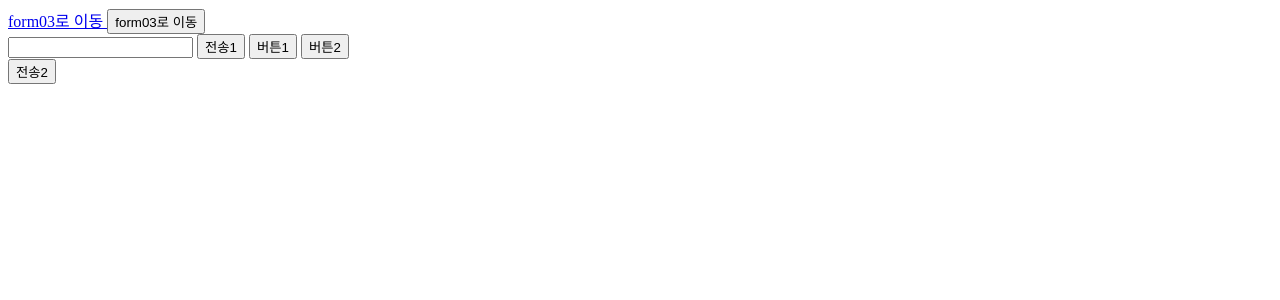
Repository: pyeonm30/PYMjspWorkspace
Page: http://localhost/basicJSP/01_basic/ex07_from06.jsp
An editor plug-in stored every save of this project. The page is shown before and after the next save, followed by the edit.
The browser window is 1280 px wide. The pictures show the whole page.
The page is served by Tomcat 9.

Above is the page before, as saved 2024-01-30 02:22:39.

After the next save:
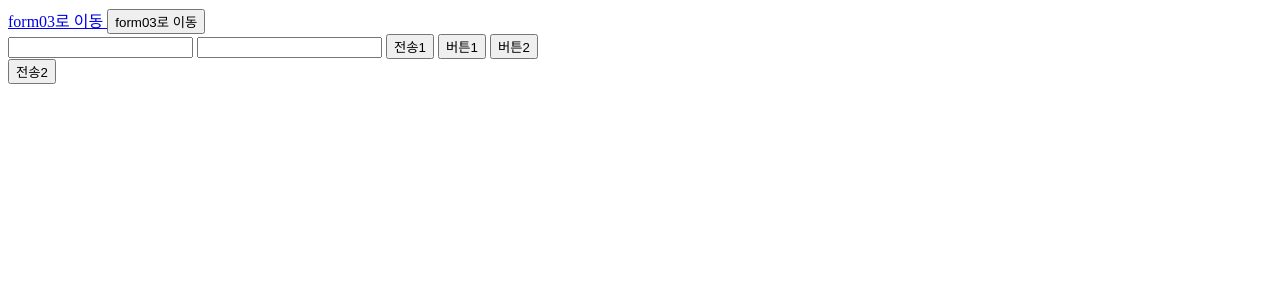
Saved 43 s later.
--- a/basicJSP/src/main/webapp/01_basic/ex07_from06.jsp
+++ b/basicJSP/src/main/webapp/01_basic/ex07_from06.jsp
@@ -11,7 +11,8 @@
    <button onclick="movePage()"> form03로 이동 </button>
 
    <form action="ex08_from06pro.jsp" method="get">
-   	<input type="number" id="num" name="num" />
+   	<input type="number" id="num1" name="num1" />
+   	   	<input type="number" id="num2" name="num2" />
    	<input type="button" id="btn1" value="전송1"/>
    	<input type="submit" value="버튼1"/>
    	<button> 버튼2</button> <!-- form 태그 안에 있는 버튼은 <input type="submit"/> 와 동일 -->
